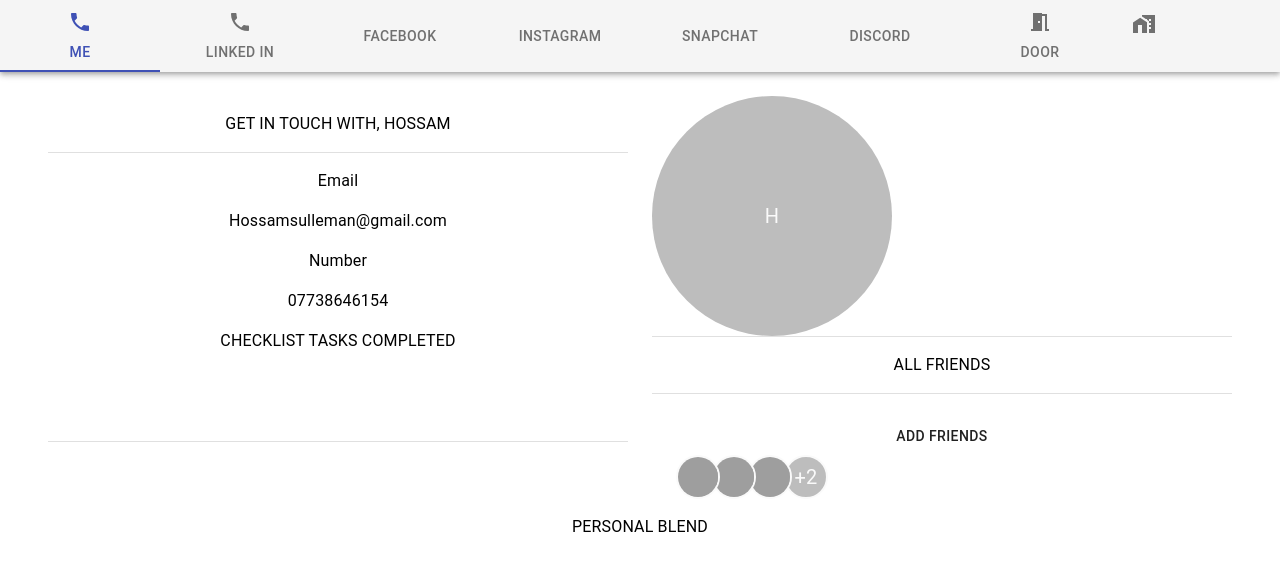
Repository: hossamsulleman1/CONTACTME
Page: / (app in my-app/)
These files come from the project's save history. The page is drawn as it stood at one moment and after a run of saves; the edit follows.
The browser window is 1280 px wide. The pictures show the whole page.
Pictures or frames that could not be fetched are drawn as grey boxes. The project was rebuilt for these pictures with package versions that can differ from the ones it lists, and the page was loaded fresh each time. Also part of the build but not shown: my-app/src/Components/PageProp.jsx.

Above is the page before, as saved 2020-11-08 10:59:06.

After the next 2 saves:
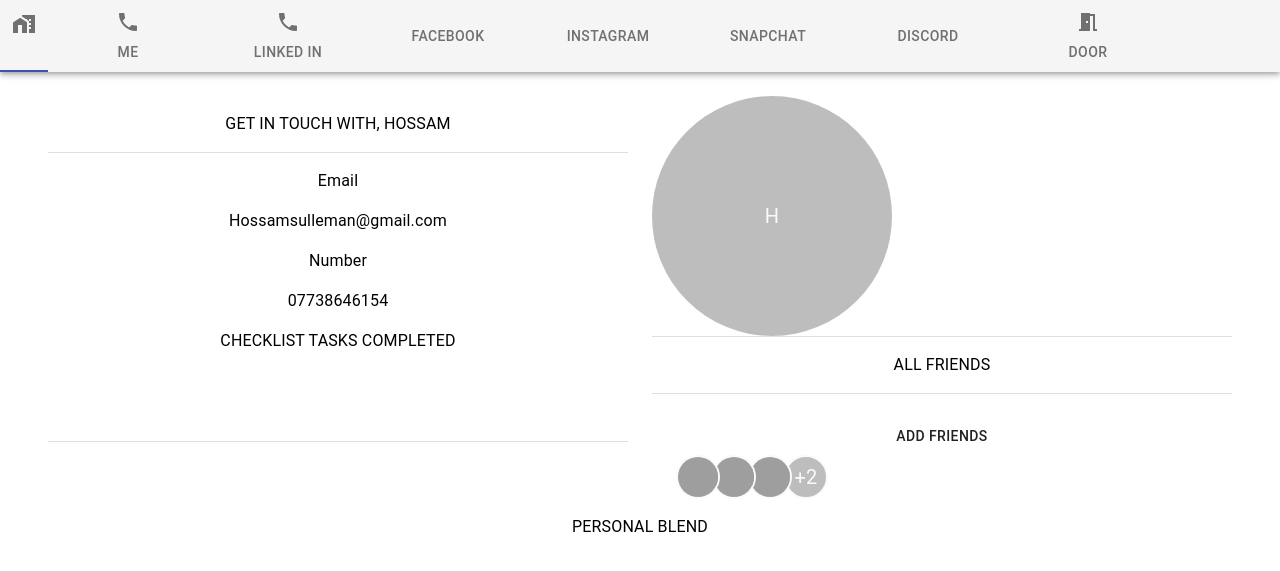
The 2 saves are shown as one change because they came seconds apart.
The last was saved 32 s later.
--- a/my-app/src/Components/IconNav.jsx
+++ b/my-app/src/Components/IconNav.jsx
@@ -76,6 +76,11 @@ export default function IconNav() {
           scrollButtons="auto"
           aria-label="scrollable auto tabs example"
         >
+           <div className="floatRight">
+            <IconButton aria-label="delete" to="">
+              <HomeWorkIcon></HomeWorkIcon>
+            </IconButton>
+          </div>
           <Tab icon={<PhoneIcon />} label="ME" {...a11yProps(0)} />
           <Tab icon={<PhoneIcon />} label="Linked In" {...a11yProps(1)} />
           <Tab label="Facebook" {...a11yProps(2)} />
@@ -83,11 +88,7 @@ export default function IconNav() {
           <Tab label="Snapchat" {...a11yProps(4)} />
           <Tab label="Discord" {...a11yProps(5)} />
           <Tab label="DOOR" icon={<MeetingRoomIcon />} {...a11yProps(6)} />
-          <div className="floatRight">
-            <IconButton aria-label="delete" to="">
-              <HomeWorkIcon></HomeWorkIcon>
-            </IconButton>
-          </div>
+
         </Tabs>
       </AppBar>
       <TabPanel value={value} index={0}>
